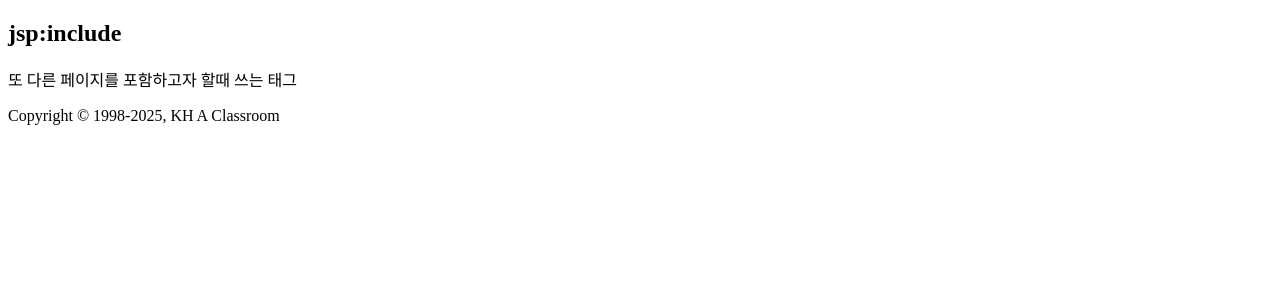
Repository: yoonseo0832/workspace
Page: http://localhost/2_jsp/views/3_StandardAction/1_include.jsp
The author's editor kept a copy of each file at every save. The page is drawn from the files as they stood at one save, then again after the next save.
The browser window is 1280 px wide. The pictures show the whole page.
The page is served by Tomcat 9.

Above is the page before, as saved 2025-03-21 01:41:48.

After the next save:
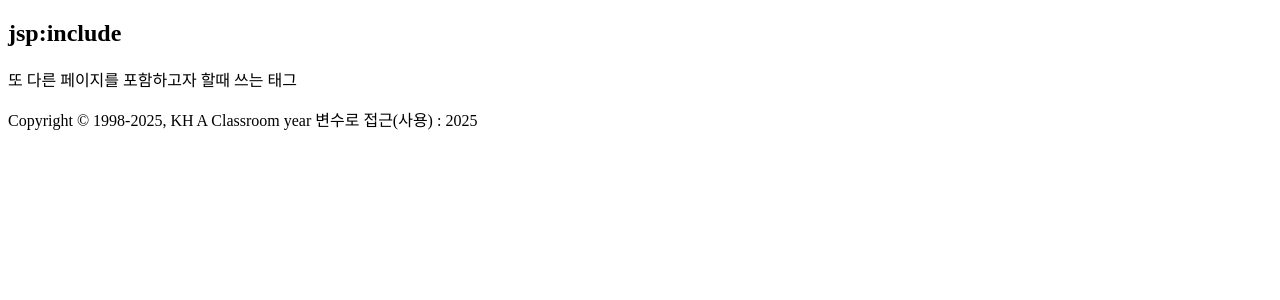
Saved 30 s later.
--- a/05_server/2_jsp/src/main/webapp/views/3_StandardAction/1_include.jsp
+++ b/05_server/2_jsp/src/main/webapp/views/3_StandardAction/1_include.jsp
@@ -13,5 +13,6 @@
 	</p>
 	<!-- 지시어 사용법 -->
 	<%@  include file="footer.jsp" %>
+	year 변수로 접근(사용) : <%= year %>
 </body>
 </html>
